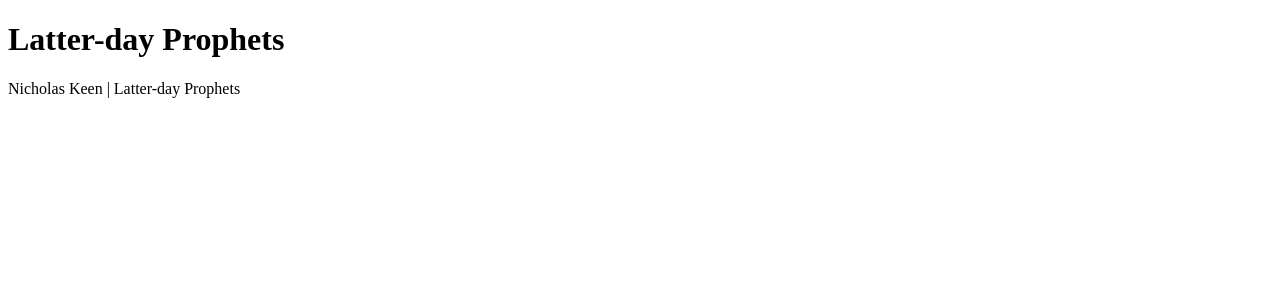
Repository: nak97/WDD230
Page: lesson09/prophets.html
The author's editor kept a copy of each file at every save. The page is drawn from the files as they stood at one save, then again after the next save.
The browser window is 1280 px wide. The pictures show the whole page.
The page's requests for data from a server got no answer.

Above is the page before, as saved 2023-11-14 14:08:06.

After the next save:
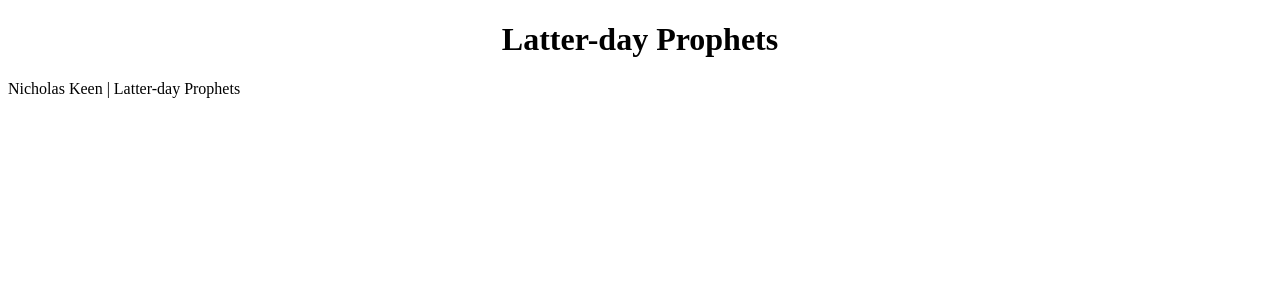
Saved 23 s later.
--- a/lesson09/styles/prophets.css
+++ b/lesson09/styles/prophets.css
@@ -1,4 +1,4 @@
-main {
+header {
   text-align: center;
 }
 
